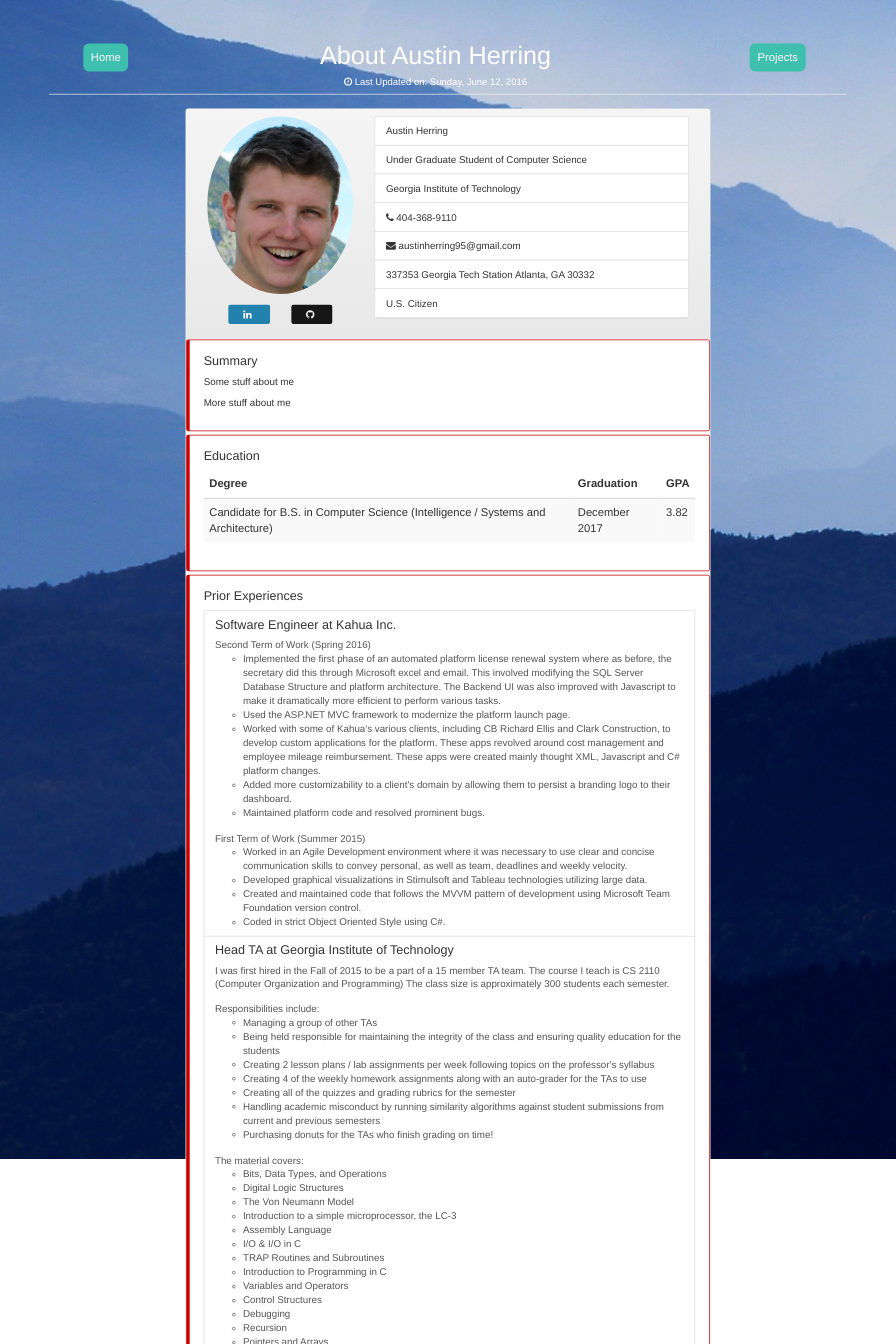
Repository: austinHerring/PersonalWebsite
Page: PersonalWebsite/WebContent/about.html
The author's editor kept a copy of each file at every save. The page is drawn from the files as they stood at one save, then again after the next save.
The browser window is 1280 px wide. The pictures show the part of the page from y = 0 to 1920 px (the page is 2987 px tall), at 70% of full size.
Some web libraries are served in a nearby version.

Above is the page before, as saved 2016-06-13 03:25:10.

After the next save:
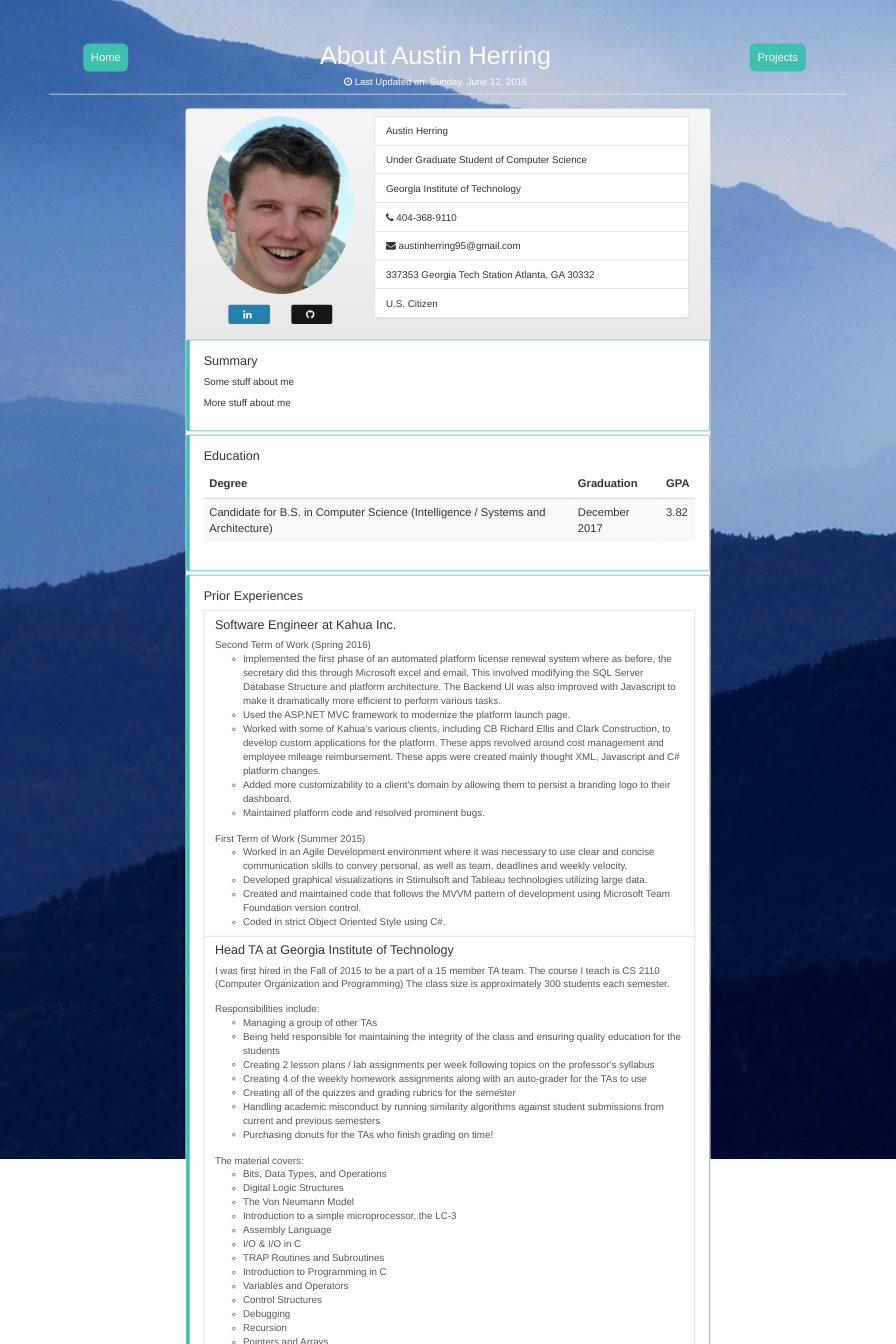
Saved 23 s later.
--- a/PersonalWebsite/WebContent/css/about.css
+++ b/PersonalWebsite/WebContent/css/about.css
@@ -42,7 +42,7 @@ opacity:0.9;
     -moz-border-left-colors: none;
     -moz-border-right-colors: none;
     -moz-border-top-colors: none;
-    border-color: #cc0000;
+    border-color: #3fbfad;
     border-image: none;
     border-radius: 3px;
     border-style: solid;
